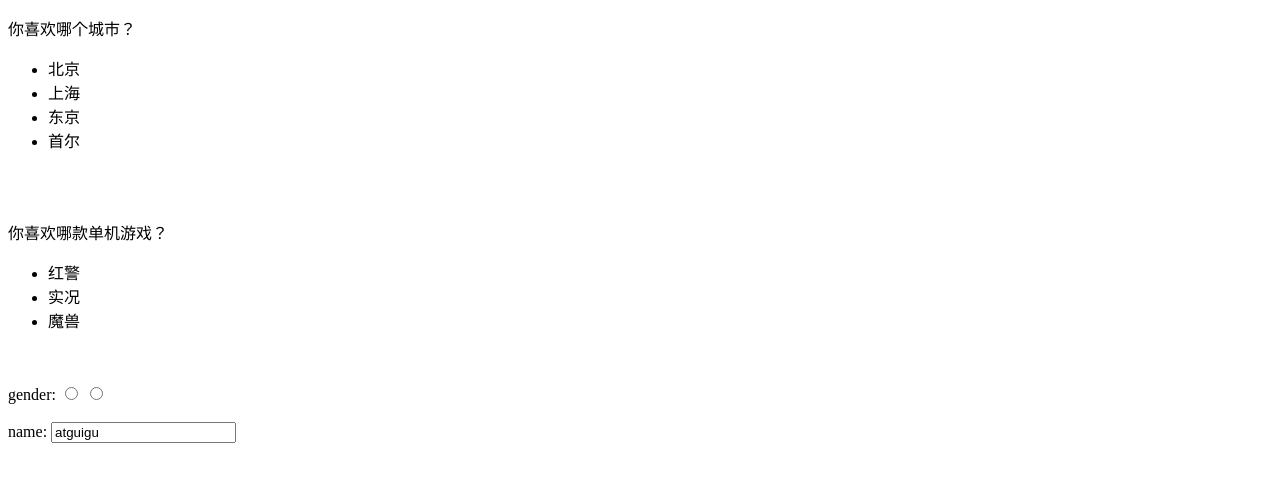
Repository: smilebingbing/java
Page: day0_0/WebContent/dom8.html
The author's editor kept a copy of each file at every save. The page is drawn from the files as they stood at one save, then again after the next save.
The browser window is 1280 px wide. The pictures show the whole page.

Above is the page before, as saved 2016-10-13 10:18:06.

After the next save:
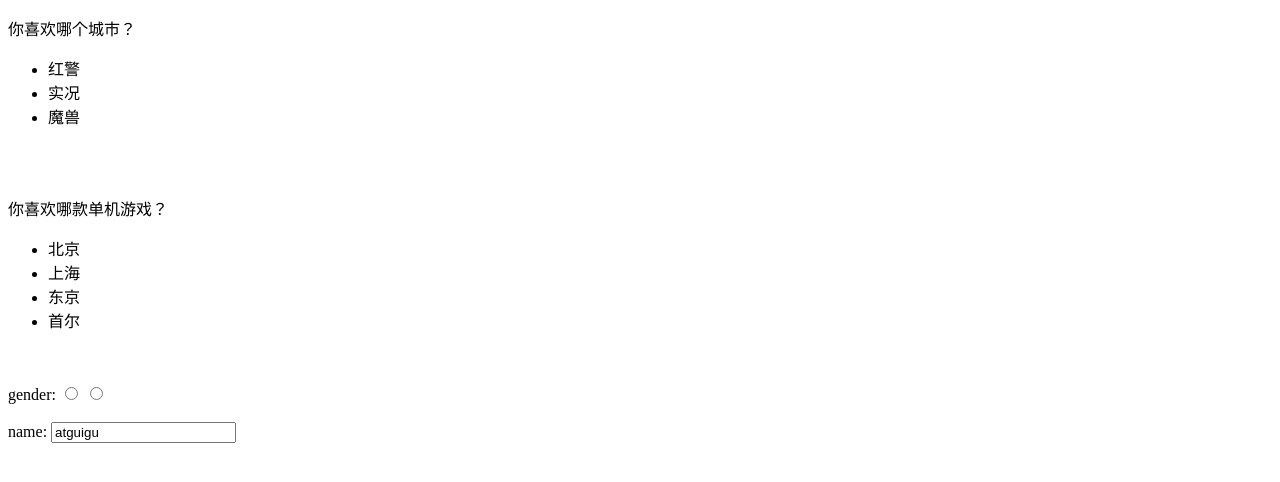
Saved 4 min 16 s later.
--- a/day0_0/WebContent/dom8.html
+++ b/day0_0/WebContent/dom8.html
@@ -7,6 +7,14 @@
    window.onload=function(){
 	   var cityNode=document.getElementById("city");
 	   alert(cityNode.innerHTML);
+
+	   //互换#city节点和#game节点中的内容
+	   var tempHTML=cityNode.innerHTML;
+	   var gameNode=document.getElementById("game");
+
+	   cityNode.innerHTML=gameNode.innerHTML;
+	   gameNode.innerHTML=tempHTML;
+
    }
 
 
